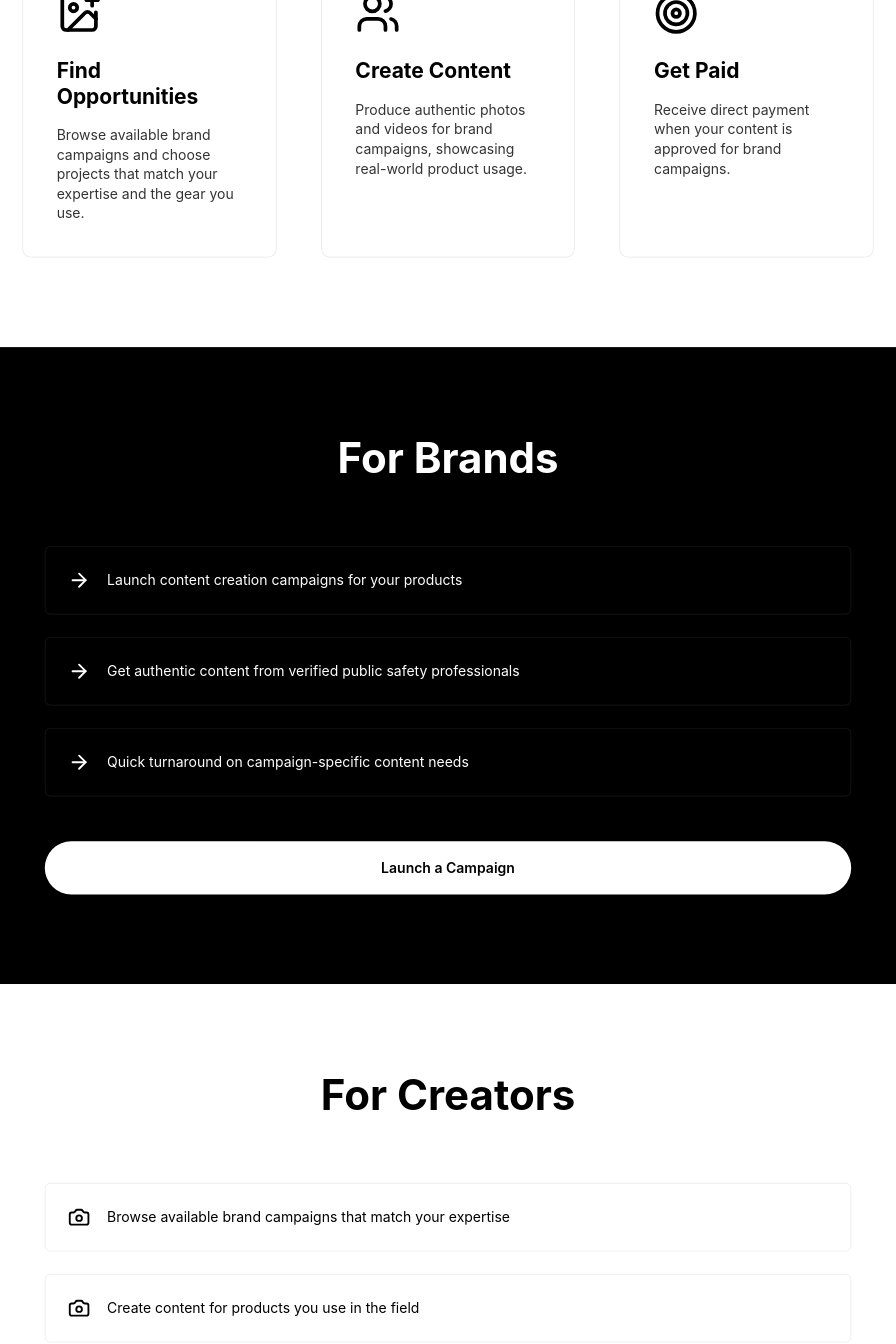
Repository: justmatt20/first-due-social
Page: /
The author's editor kept a copy of each file at every save. The page is drawn from the files as they stood at one save, then again after the next save.
The browser window is 1280 px wide. The pictures show the part of the page from y = 1067 to 2987 px (the page is 4269 px tall), at 70% of full size.
The project was rebuilt for these pictures with package versions that can differ from the ones it lists, and the page was loaded fresh each time. Also part of the build but not shown: src/pages/Blog.jsx, src/pages/BlogPost.jsx.

Above is the page before, as saved 2025-01-20 11:25:32.

After the next save:
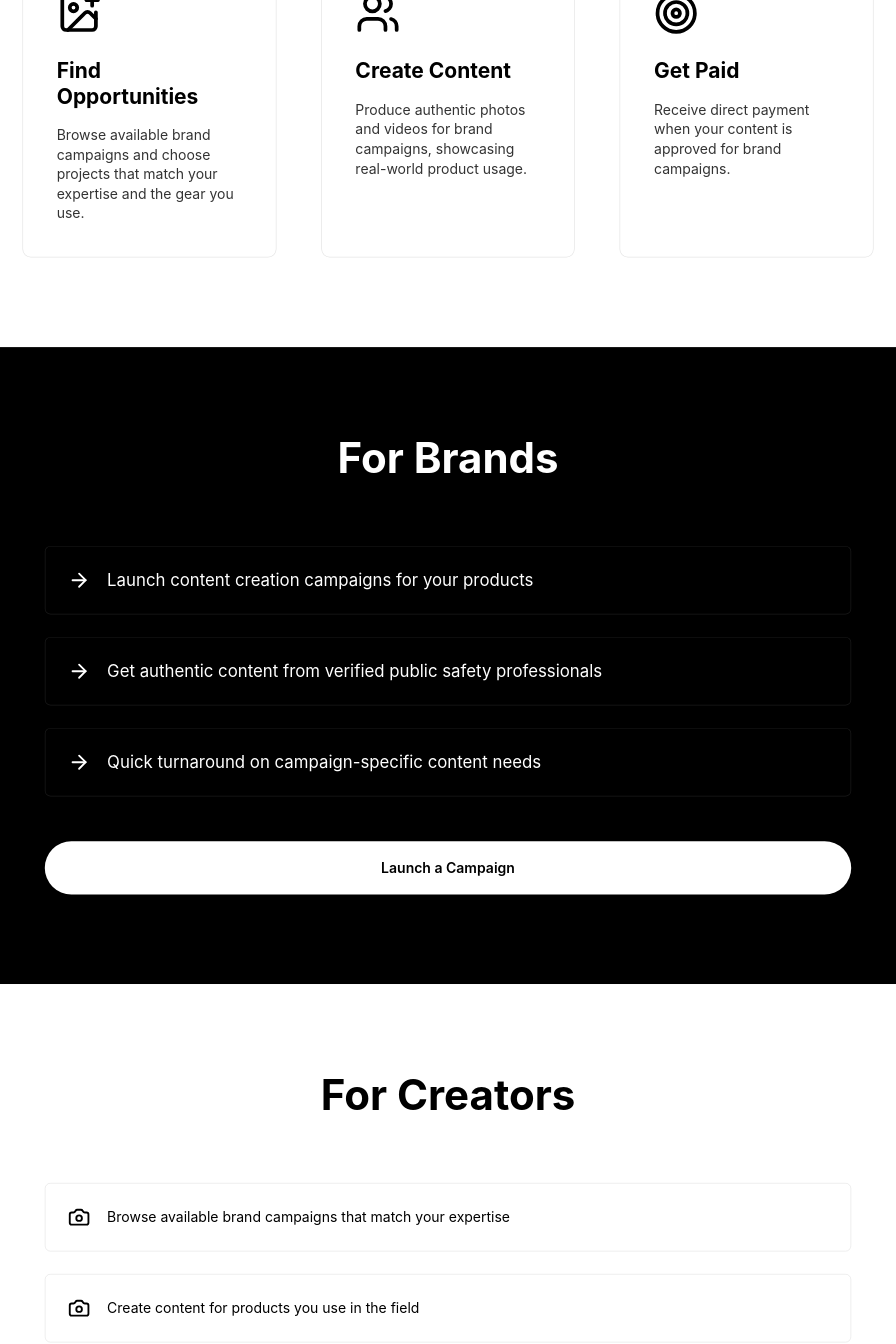
Saved 2 min 29 s later.
--- a/src/components/home/BrandsSection.jsx
+++ b/src/components/home/BrandsSection.jsx
@@ -19,10 +19,10 @@ export const BrandsSection = () => {
             {benefits.map((item, index) => (
               <div
                 key={index}
-                className="flex items-center gap-4 lg:gap-6 p-4 lg:p-8 bg-black rounded-lg transition-all duration-200 border border-white/10 lg:text-xl"
+                className="flex items-center gap-4 lg:gap-6 p-4 lg:p-8 bg-black rounded-lg transition-all duration-200 border border-white/10"
               >
                 <ArrowRight className="w-6 h-6 lg:w-8 lg:h-8 text-white flex-shrink-0" />
-                <span className="flex-1">{item}</span>
+                <span className="flex-1 text-base lg:text-2xl">{item}</span>
               </div>
             ))}
           </div>
